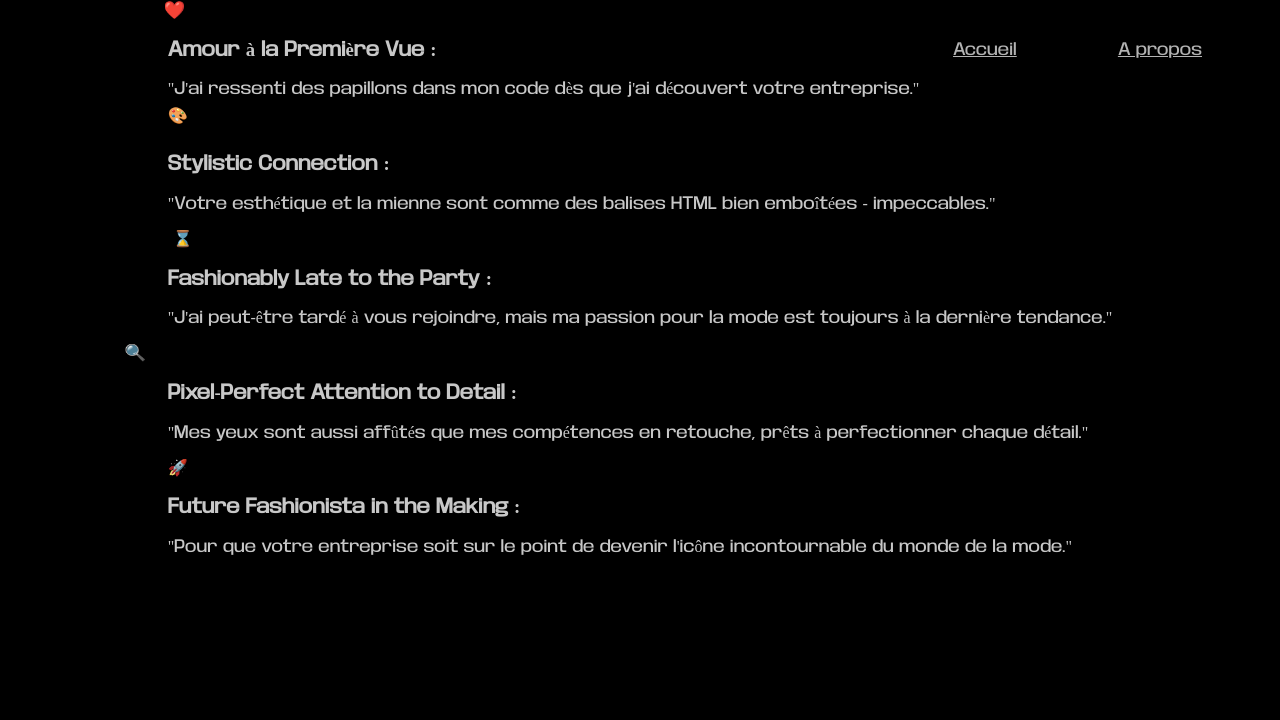
Repository: inessben/application
Page: company/company.html
An editor plug-in stored every save of this project. The page is shown before and after the next save, followed by the edit.
The browser window is 1280 px wide. The pictures show the whole page.

Above is the page before, as saved 2023-12-04 00:09:04.

### company/company.html
<!DOCTYPE html>
<html lang="en">
<head>
    <meta charset="UTF-8">
    <meta name="viewport" content="width=device-width, initial-scale=1.0">
    <!-- generate the icon -->
    <link rel="apple-touch-icon" sizes="180x180" href="/favicon/apple-touch-icon.png">
    <link rel="icon" type="image/png" sizes="32x32" href="/favicon/favicon-32x32.png">
    <link rel="icon" type="image/png" sizes="16x16" href="/favicon/favicon-16x16.png">
    <link rel="manifest" href="/favicon/site.webmanifest">
    <link rel="mask-icon" href="/favicon/safari-pinned-tab.svg" color="#5bbad5">
    <meta name="msapplication-TileColor" content="#da532c">
    <!--  -->
    <meta name="theme-color" content="#ffffff">
    <title>#slowlyApplication</title>
    <link rel="stylesheet" href="company.css">
</head>
<body>
    <section id="nav-header">
        <header class="links">
            <a href="/index.html" class="link">Accueil</a>
            <a href="/about/about.html" class="link">A propos</a>
        </header>
    </section>
    <section id="creative-section">
        <div id="heart-animation">❤️</div>
        <h3>Amour à la Première Vue :</h3>
        <p>"J'ai ressenti des papillons dans mon code dès que j'ai découvert votre entreprise."</p>

        <div id="stylistic-connection-animation">🎨</div>
        <h3>Stylistic Connection :</h3>
        <p>"Votre esthétique et la mienne sont comme des balises HTML bien emboîtées - impeccables."</p>

        <div id="fashionably-late-animation">⌛</div>
        <h3>Fashionably Late to the Party :</h3>
        <p>"J'ai peut-être tardé à vous rejoindre, mais ma passion pour la mode est toujours à la dernière tendance."</p>

        <div id="pixel-perfect-animation">🔍</div>
        <h3>Pixel-Perfect Attention to Detail :</h3>
        <p>"Mes yeux sont aussi affûtés que mes compétences en retouche, prêts à perfectionner chaque détail."</p>

        <div id="future-fashionista-animation">🚀</div>
        <h3>Future Fashionista in the Making :</h3>
        <p>"Pour que votre entreprise soit sur le point de devenir l'icône incontournable du monde de la mode."</p>
        </section>


        <!-- <footer>
            <p>© Iness Ben Aïssa - All rights reversed. Because who needs more rights anyway?</p>
        </footer> -->

        </body>
        </html>

### company/company.css
@font-face {
    font-family: "Jolley";
    src: url("/fonts/jolley.woff");
    }

@font-face {
    font-family: "Base Neue";
    src: url("/fonts/base-neue.ttf");
    }

::-webkit-scrollbar {
    width: 8px;
    }

::-webkit-scrollbar-track {
    background-color: #000;
    }

::-webkit-scrollbar-thumb {
    background-color: #4b4b4b;
    border-radius: 4px;
    }

::-webkit-scrollbar-thumb:hover {
    opacity: 0.7;
    }

html {
    scroll-behavior: smooth;
    }

body {
font-family: "Base Neue";
    margin: 0;
    padding: 0;
    display: flex;
    align-items: center;
    justify-content: center;
    height: 100vh;
    background-color: #000000;
    color: #c8c8c8;
    }

#nav-header {
        position: absolute;
        top: 30px;
        right: 20px;
        font-size: 16px;
        font-weight: 500;
        padding: 10px;
    }

.link {
    padding: 8px;
    text-decoration: #b3b3b3 underline;
    color: #b3b3b3;
    margin: auto 40px;
    }

.link:hover {
        opacity: 0.7;
    }

#creative-section{
    position: relative;
    height: 100vh;
    top: 0px;
}

#heart-animation {
    width: 100px;
    animation: heartbeat 1.5s infinite;
    }

#stylistic-connection-animation {
    animation: styleConnection 2s infinite alternate;
    }

#fashionably-late-animation {
    animation: fashionablyLate 1s infinite alternate;
    }

#pixel-perfect-animation {
    animation: pixelPerfect 1.5s infinite alternate;
    }

#future-fashionista-animation {
    animation: futureFashionista 2s infinite alternate;
    }

@keyframes heartbeat {
    0%, 100% {
    transform: scale(1);
    }
    50% {
    transform: scale(1.1);
    }
}

@keyframes styleConnection {
    0% {
    transform: translateY(0);
    }
    100% {
    transform: translateY(-10px);
    }
}

@keyframes fashionablyLate {
    0% {
    transform: translateX(0);
    }
    100% {
    transform: translateX(5px);
    }
}

@keyframes pixelPerfect {
    0% {
    transform: scaleX(1);
    }
    100% {
    transform: scaleX(1.1);
    }
}

@keyframes futureFashionista {
    0% {
    opacity: 0.8;
    }
    100% {
    opacity: 1;
    }
}

/* footer{
    position: relative;
    bottom: 0;
    display: flex;
    align-items: center;
    justify-content: center;
    }  */

After the next save:
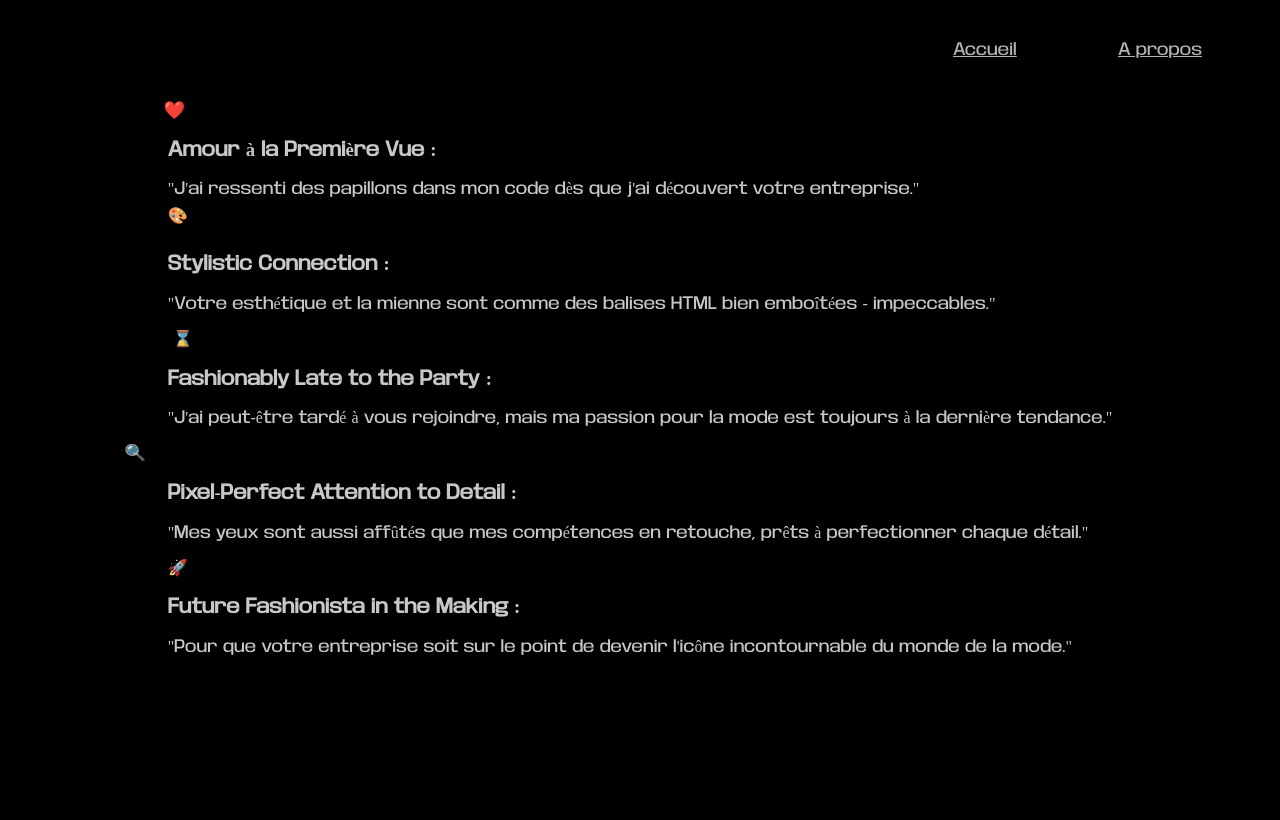
Saved 12 s later.
--- a/company/company.css
+++ b/company/company.css
@@ -64,7 +64,7 @@ font-family: "Base Neue";
 #creative-section{
     position: relative;
     height: 100vh;
-    top: 0px;
+    top: 100px;
 }
 
 #heart-animation {
